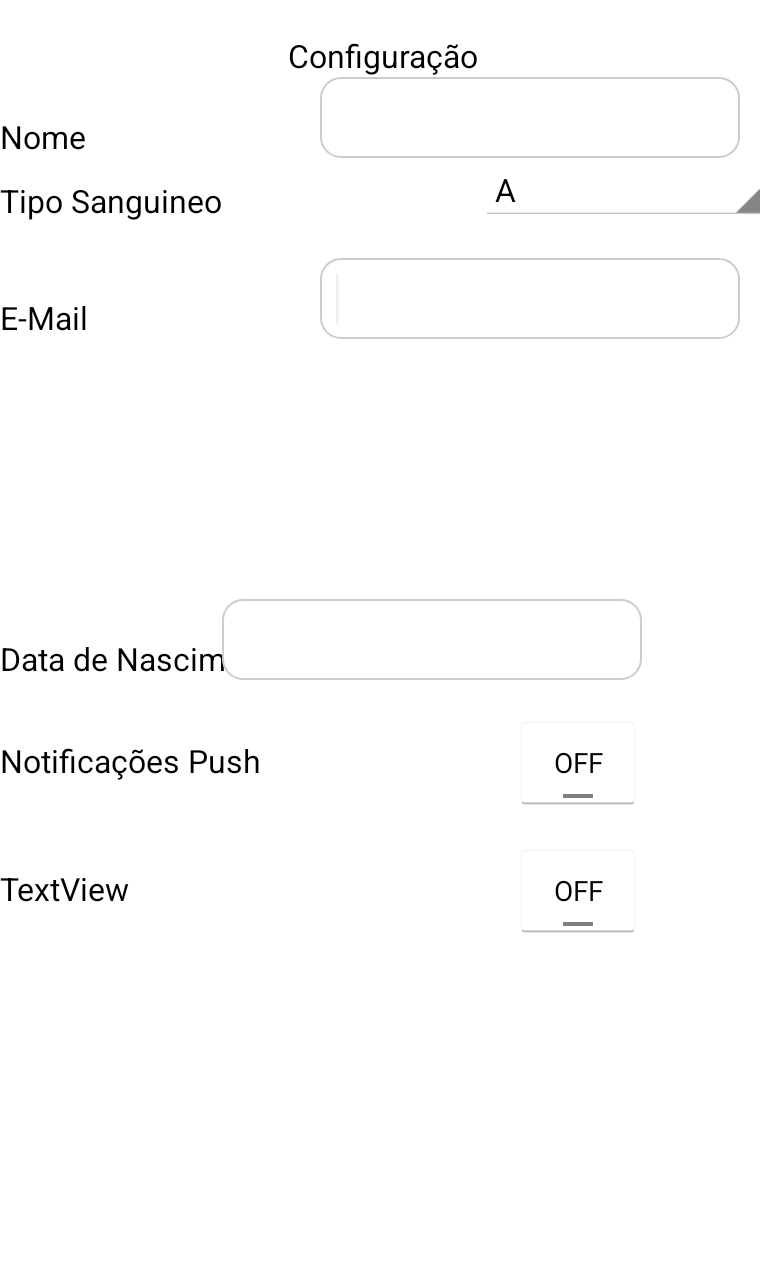
Repository: RafaDeschain/DoarSP
Layout: doarSP/res/layout/fragment_alterardados.xml
The author's editor kept a copy of each file at every save. The layout is drawn from the files as they stood at one save, then again after the next save.
It is drawn on a 768 x 1280 px phone screen (xhdpi) without system bars, with theme AppTheme; the app's code is not run.

Above is the layout before, as saved 2014-04-21 14:10:17.

### doarSP/res/layout/fragment_alterardados.xml
<?xml version="1.0" encoding="utf-8"?>
<RelativeLayout xmlns:android="http://schemas.android.com/apk/res/android"
    android:layout_width="match_parent"
    android:layout_height="match_parent">

    <TextView
        android:id="@+id/textView1"
        android:layout_width="wrap_content"
        android:layout_height="wrap_content"
        android:layout_alignParentTop="true"
        android:layout_centerHorizontal="true"
        android:layout_marginTop="17dp"
        android:text="@string/configuracao" />

    <EditText
        android:id="@+id/editText1"
        android:layout_width="wrap_content"
        android:layout_height="wrap_content"
        android:layout_alignParentRight="true"
        android:layout_below="@+id/textView1"
        android:layout_marginRight="14dp"
        android:ems="10"
        android:inputType="textPersonName" />

    <TextView
        android:id="@+id/textView2"
        android:layout_width="wrap_content"
        android:layout_height="wrap_content"
        android:layout_alignBottom="@+id/editText1"
        android:layout_alignParentLeft="true"
        android:text="@string/nome" />

    <TextView
        android:id="@+id/textView3"
        android:layout_width="wrap_content"
        android:layout_height="wrap_content"
        android:layout_above="@+id/editText1"
        android:layout_alignParentLeft="true"
        android:layout_below="@+id/textView1"
        android:text="TextView" />

    <Spinner
        android:id="@+id/spinner1"
        android:layout_width="wrap_content"
        android:layout_height="wrap_content"
        android:layout_alignParentRight="true"
        android:layout_below="@+id/editText1"
        android:layout_toRightOf="@+id/textView1"
        android:entries="@array/tipos_Sanguineos"
        android:prompt="@string/sangue_prompt" />

    <TextView
        android:id="@+id/textView4"
        android:layout_width="wrap_content"
        android:layout_height="wrap_content"
        android:layout_alignBottom="@+id/spinner1"
        android:layout_alignParentLeft="true"
        android:text="@string/tpSanguineo" />

    <EditText
        android:id="@+id/editText2"
        android:layout_width="wrap_content"
        android:layout_height="wrap_content"
        android:layout_alignRight="@+id/editText1"
        android:layout_below="@+id/spinner1"
        android:layout_marginTop="18dp"
        android:ems="10"
        android:inputType="textEmailAddress" >

        <requestFocus />
    </EditText>

    <TextView
        android:id="@+id/textView5"
        android:layout_width="wrap_content"
        android:layout_height="wrap_content"
        android:layout_alignBottom="@+id/editText2"
        android:layout_alignParentLeft="true"
        android:text="@string/email" />

    <TextView
        android:id="@+id/textView6"
        android:layout_width="wrap_content"
        android:layout_height="wrap_content"
        android:layout_alignBottom="@+id/editText3"
        android:layout_alignParentLeft="true"
        android:text="@string/dataNascimento" />

    <ToggleButton
        android:id="@+id/toggleButton1"
        android:layout_width="wrap_content"
        android:layout_height="wrap_content"
        android:layout_alignRight="@+id/editText3"
        android:layout_below="@+id/editText3"
        android:layout_marginTop="17dp"
        android:text="ToggleButton" />

    <TextView
        android:id="@+id/textView7"
        android:layout_width="wrap_content"
        android:layout_height="wrap_content"
        android:layout_alignBaseline="@+id/toggleButton1"
        android:layout_alignBottom="@+id/toggleButton1"
        android:layout_alignParentLeft="true"
        android:text="@string/notificacoesPush" />

    <ToggleButton
        android:id="@+id/toggleButton2"
        android:layout_width="wrap_content"
        android:layout_height="wrap_content"
        android:layout_alignRight="@+id/toggleButton1"
        android:layout_below="@+id/toggleButton1"
        android:layout_marginTop="16dp"
        android:text="ToggleButton" />

    <TextView
        android:id="@+id/textView8"
        android:layout_width="wrap_content"
        android:layout_height="wrap_content"
        android:layout_alignBaseline="@+id/toggleButton2"
        android:layout_alignBottom="@+id/toggleButton2"
        android:layout_alignParentLeft="true"
        android:text="TextView" />

    <EditText
        android:id="@+id/editText3"
        android:layout_width="wrap_content"
        android:layout_height="wrap_content"
        android:layout_centerVertical="true"
        android:layout_toRightOf="@+id/textView4"
        android:ems="10"
        android:inputType="date" />

</RelativeLayout>

### doarSP/res/drawable/styles_listview.xml
<?xml version="1.0" encoding="utf-8"?>
<shape xmlns:android="http://schemas.android.com/apk/res/android" >

    <corners android:radius="2dp" />
    <stroke
        android:width="1dp"
        android:color="#cccccc" />
    <solid
        android:color="#FFFFFF"/>
</shape>

### doarSP/res/drawable/styles_edit_text.xml
<?xml version="1.0" encoding="utf-8"?>
<shape xmlns:android="http://schemas.android.com/apk/res/android" >

    <corners android:radius="10dp" />
    <stroke
        android:width="1dp"
        android:color="#cccccc" />
    <solid
        android:color="#FFFFFF"/>
</shape>

### doarSP/res/drawable/button_custom.xml
<?xml version="1.0" encoding="utf-8"?>
<selector xmlns:android="http://schemas.android.com/apk/res/android" >
    <item android:state_pressed="true">
        <shape android:shape="rectangle">
            <corners android:radius="3dip" />
            <stroke android:width="1dip" android:color="#598e96" />
            <gradient android:angle="-90" android:endColor="#7fbac6" android:startColor="#27646c"/>
        </shape>
    </item>
	<item android:state_focused="true">
	    <shape android:shape="rectangle">
	        <corners android:radius="3dip" />
	        <stroke android:width="1dip" android:color="#598e96"/>
	        <solid android:color="#4ea0ab"/>
	    </shape>
	</item>
	<item>
	    <shape android:shape="rectangle">
	        <corners android:radius="3dip" />
	        <stroke android:width="1dip" android:color="#598e96"/>
	        <gradient android:angle="-90" android:endColor="#4ea0ab" android:startColor="#94dcea"/>
	    </shape>
	</item>
</selector>

### doarSP/res/values/strings.xml
<?xml version="1.0" encoding="utf-8"?>
<resources>

    <string name="app_name">doarSP</string>
    <string name="action_settings">Settings</string>
    <string name="version">Beta</string>
	<string name="aboutMe">Aplicação desenvolvida como trabalho de conclusão da Universidade São Judas Tadeu.\nDisponibilizado gratuitamente para uso com o intuito de ajudar as pessoas.\nPossivelmente se houver adesão a ferramenta adicionaremos novas cidades de acordo com a demanda e tempo.</string>
	<string name="signature">Atenciosamente,\nGrupo Nothing Else Matters.</string>
    <string name="dedicatoria">Dedico a uma pessoa muito especial pra mim, sigo seu exemplo em tentar ser uma boa pessoa e fazer bem, te admiro muito Luh, você significa muito pra mim!\nObrigado por ter entrado na minha vida </string>
    <string name="configuracao">Configuração</string>
    <string name="sangue_prompt">Escolha um Tipo Sanguineo</string>
    <string name="nome">Nome</string>
    <string name="tpSanguineo">Tipo Sanguineo</string>
    <string name="email">E-Mail</string>
    <string name="dataNascimento">Data de Nascimento</string>
    <string name="notificacoesPush">Notificações Push</string>
    <string name="NotificaoesEmail">Notificações E-Mail</string>

<string name="drawer_open">Slider Menu Opened</string>
    <string name="drawer_close">Slider Menu Closed</string>

    <!-- Nav Drawer Menu Items -->
    <string-array name="nav_drawer_items">
        <item >Principal</item>
        <item >Buscar Doação</item>
        <item >Abrir Solicitação</item>
        <item >Mural</item>
        <item >Buscar Hemocentro</item>
        <item >Informações</item>
        <item >Alterar Dados</item>
    </string-array>

    <!-- Nav Drawer List Item Icons -->
    <!-- Keep them in order as the titles are in -->
    <array name="nav_drawer_icons">
        <item>@drawable/ic_home</item>
        <item>@drawable/ic_people</item>
        <item>@drawable/ic_photos</item>
        <item>@drawable/ic_communities</item>
        <item>@drawable/ic_pages</item>
        <item>@drawable/ic_whats_hot</item>
        <item>@drawable/ic_whats_hot</item>
    </array>

    <!-- Content Description -->
    <string name="desc_list_item_icon">Item Icon</string>

    <string-array name="tipos_Sanguineos">
        <item>A</item>
        <item>A-</item>
        <item>B</item>
        <item>B-</item>
        <item>AB</item>
        <item>AB-</item>
        <item>O</item>
        <item>O-</item>
    </string-array>

</resources>

Loaded but not shown: doarSP/res/values/styles.xml (common file); doarSP/res/values-v11/styles.xml (common file); doarSP/res/values-v14/styles.xml (common file)

After the next save:
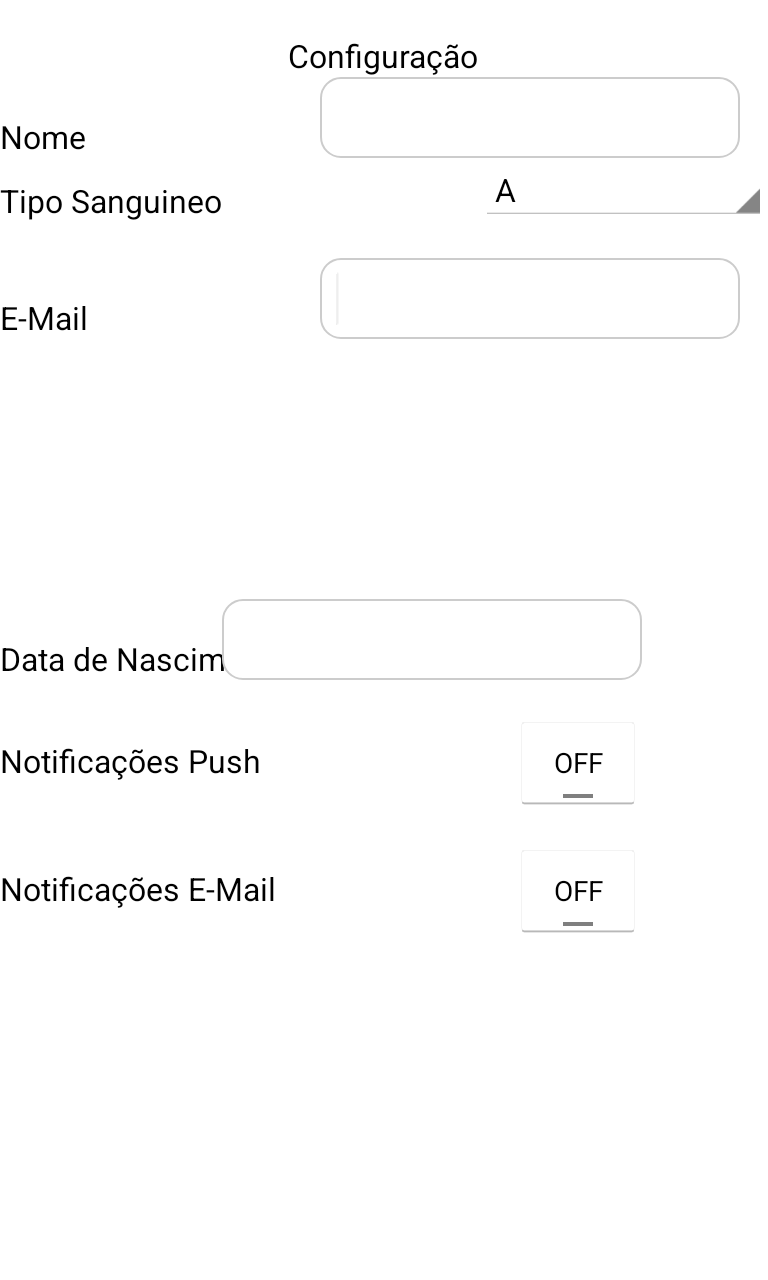
Saved 11 s later.
--- a/doarSP/res/layout/fragment_alterardados.xml
+++ b/doarSP/res/layout/fragment_alterardados.xml
@@ -120,7 +120,7 @@
         android:layout_alignBaseline="@+id/toggleButton2"
         android:layout_alignBottom="@+id/toggleButton2"
         android:layout_alignParentLeft="true"
-        android:text="TextView" />
+        android:text="@string/NotificaoesEmail" />
 
     <EditText
         android:id="@+id/editText3"
